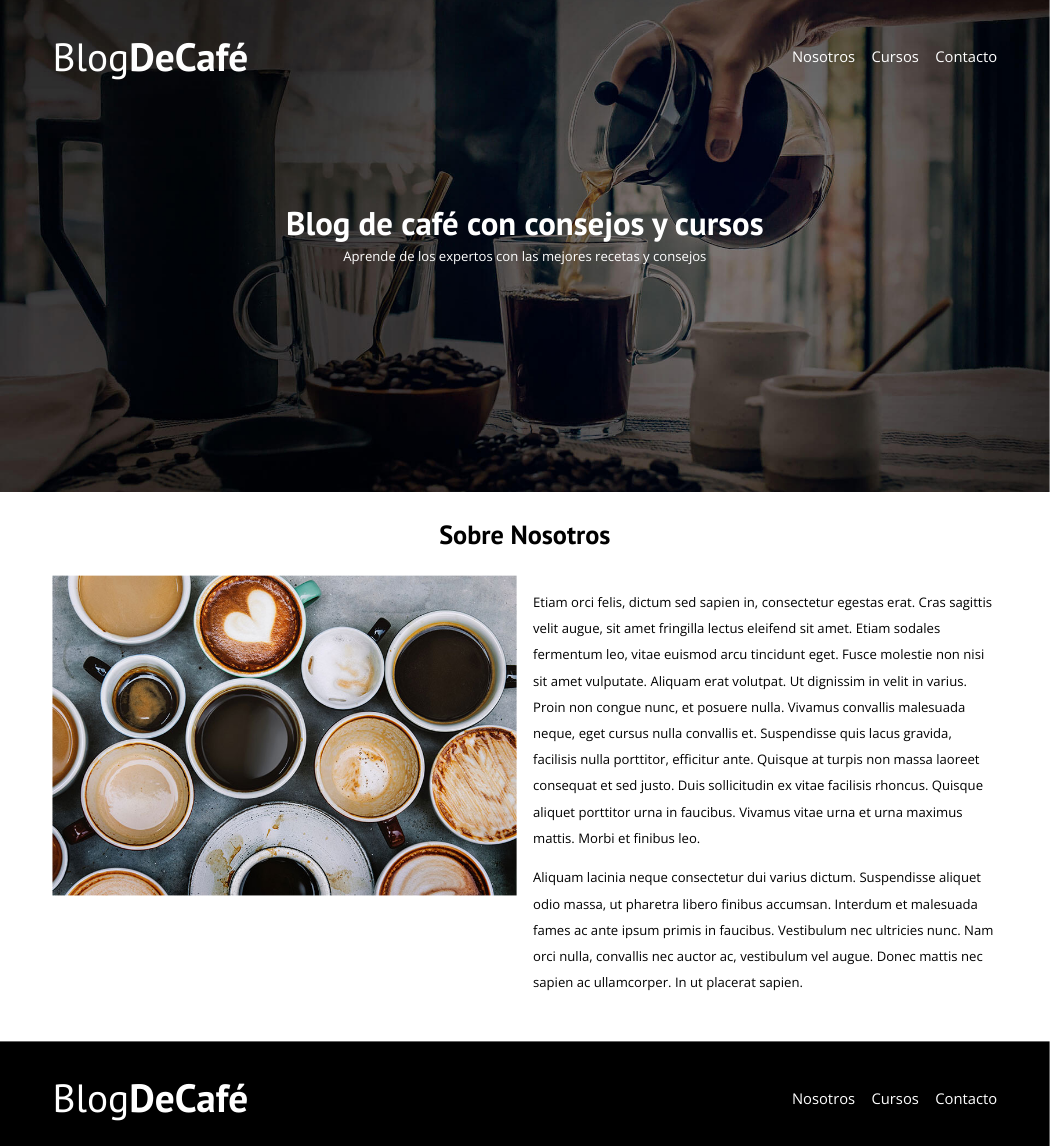
Repository: araque1990/blog_de_cafe
Page: cursos.html
The author's editor kept a copy of each file at every save. The page is drawn from the files as they stood at one save, then again after the next save.
The browser window is 1280 px wide. The pictures show the whole page, at 82% of full size.

Above is the page before, as saved 2023-01-12 18:17:53.

### cursos.html
<!DOCTYPE html>
<html lang="es">
<head>
  <meta charset="UTF-8">
  <meta http-equiv="X-UA-Compatible" content="IE=edge">
  <meta name="viewport" content="width=device-width, initial-scale=1.0">
  <title>Blog de Café</title>
  <link rel="stylesheet" href="css/normalize.css">
  <link rel="preconnect" href="https://fonts.googleapis.com"><link rel="preconnect" href="https://fonts.gstatic.com" crossorigin><link href="https://fonts.googleapis.com/css2?family=Open+Sans&family=PT+Sans:wght@400;700&display=swap" rel="stylesheet">
  <link rel="stylesheet" href="css/styles.css">
</head>
<body>

  <header class="header">
    <div class="contenedor">
      <div class="barra">
        <a class="logo" href="index.html">
          <h1 class="logo__nombre no-margin centrar-texto">Blog<span class="logo__bold">DeCafé</span></h1>
        </a>

        <nav class="navegacion">
          <a href="nosotros.html" class="navegacion__enlace">Nosotros</a>
          <a href="cursos.html" class="navegacion__enlace">Cursos</a>
          <a href="contacto.html" class="navegacion__enlace">Contacto</a>
        </nav>
      </div>
    </div>
    <div class="header__texto">
      <h2 class="no-margin">Blog de café con consejos y cursos</h2>
      <p class="no-margin">Aprende de los expertos con las mejores recetas y consejos</p>
    </div>
  </header>

  <main class="contenedor">
    <h3 class="centrar-texto">Sobre Nosotros</h3>

    <div class="sobre-nosotros">
      <div class="sobre-nosotros__imagen">
        <img src="img/nosotros.jpg" alt="imagen nosotros">
      </div>

      <div class="sobre-nosotros__texto">
        <p> Etiam orci felis, dictum sed sapien in, consectetur egestas erat. Cras sagittis velit augue, sit amet fringilla lectus eleifend sit amet. Etiam sodales fermentum leo, vitae euismod arcu tincidunt eget. Fusce molestie non nisi sit amet vulputate. Aliquam erat volutpat. Ut dignissim in velit in varius. Proin non congue nunc, et posuere nulla. Vivamus convallis malesuada neque, eget cursus nulla convallis et. Suspendisse quis lacus gravida, facilisis nulla porttitor, efficitur ante. Quisque at turpis non massa laoreet consequat et sed justo. Duis sollicitudin ex vitae facilisis rhoncus. Quisque aliquet porttitor urna in faucibus. Vivamus vitae urna et urna maximus mattis. Morbi et finibus leo.</p>

        <p>Aliquam lacinia neque consectetur dui varius dictum. Suspendisse aliquet odio massa, ut pharetra libero finibus accumsan. Interdum et malesuada fames ac ante ipsum primis in faucibus. Vestibulum nec ultricies nunc. Nam orci nulla, convallis nec auctor ac, vestibulum vel augue. Donec mattis nec sapien ac ullamcorper. In ut placerat sapien.</p>
      </div>
    </div>
  </main>

  <footer class="footer">
    <div class="contenedor">
      <div class="barra">
        <a class="logo" href="index.html">
          <h1 class="logo__nombre no-margin centrar-texto">Blog<span class="logo__bold">DeCafé</span></h1>
        </a>

        <nav class="navegacion">
          <a href="nosotros.html" class="navegacion__enlace">Nosotros</a>
          <a href="cursos.html" class="navegacion__enlace">Cursos</a>
          <a href="contacto.html" class="navegacion__enlace">Contacto</a>
        </nav>
      </div>
    </div>
  </footer>
</body>
</html>

### css/styles.css
:root {
  --fuenteHeading: 'PT Sans', sans-serif;
  --fuenteParrafos: 'Open Sans', sans-serif;

  --secundario: #784D3C;
  --gris: #E1E1E1;
  --blanco: #FFF;
  --negro: #000;
}
html {
  box-sizing: border-box;
  font-size: 62.5%;
}
*, *:before, *:after {
  box-sizing: inherit;
}
body {
  font-family: var(--fuenteParrafos);
  font-size: 1.6rem;
  line-height: 2;
}

/* Globales */
.contenedor {
  max-width: 120rem;
  width: 90%;
  /* width: min(90%, 120rem); //ESTO ES LO MISMO QUE LOS DOS ATRIBUTOS DE ARRIBA */
  margin: 0 auto;
}
a {
  text-decoration: none;
}
h1, h2, h3, h4 {
  font-family: var(--fuenteHeading);
  line-height: 1.2;
}
h1 {
  font-size: 4.8rem;
}
h2 {
  font-size: 4rem;
}
h3 {
  font-size: 3.2rem;
}
h4 {
  font-size: 2.8rem;
}
img {
  max-width: 100%;
}

/* Utilidades */
.no-margin {
  margin: 0;
}
.no-padding {
  padding: 0;
}
.centrar-texto {
  text-align: center;
}

/* Header */
.header {
  background-image: url(../img/banner.jpg);
  height: 60rem;
  background-size: cover;
  background-repeat: no-repeat;
  background-position: center center;
}
.header__texto {
  text-align: center;
  color: var(--blanco);
  margin-top: 5rem;
}

@media (min-width: 768px) {
  .header__texto {
    margin-top: 15rem;
  }
}

@media (min-width: 768px) {
  .barra {
    display: flex;
    justify-content: space-between;
    align-items: center;
  }
}
.barra {
  padding-top: 4rem;
}
.logo {
  color: var(--blanco);
}
.logo__nombre {
  font-weight: 400;
}
.logo__bold {
  font-weight: 700;
}

@media (min-width: 768px) {
  .navegacion {
    display: flex;
    gap: 2rem;
  }
}
.navegacion__enlace {
  display: block;
  text-align: center;
  font-size: 1.8rem;
  color: var(--blanco);
}

@media (min-width: 768px) {
  .contenido-principal {
    display: grid;
    grid-template-columns: 2fr 1fr;
    column-gap: 4rem;
  }
}

.entrada {
  border-bottom: 1px solid var(--gris);
  margin-bottom: 2rem;
}
.entrada:last-of-type {
  border: none;
  margin-bottom: 0;
}
.boton {
  display: block;
  font-family: var(--fuenteHeading);
  color: var(--blanco);
  text-align: center;
  padding: 1rem 3rem;
  font-size: 1.8rem;
  text-transform: uppercase;
  font-weight: 700;
  margin-bottom: 2rem;
}
@media (min-width: 768px) {
  .boton {
    display: inline-block;
  }
}
.boton--primario {
  background-color: var(--negro);
}
.boton--secundario {
  background-color: var(--secundario);
}

.cursos {
  list-style: none;
}

.widget-curso {
  border-bottom: 1px solid var(--gris);
  margin-bottom: 2rem;
}
.widget-curso:last-of-type {
  border: none;
  margin-bottom: 0;
}
.widget-curso__label {
  font-family: var(--fuenteHeading);
  font-weight: 700;
}
.widget-curso__info {
  font-weight: 400;
}
.widget-curso__info, .widget-curso__label {
  font-size: 2rem;
}

.footer {
  background-color: var(--negro);
  padding-bottom: 3rem;
  margin-top: 4rem;
}

/* Sobre Nosotros */
@media (min-width: 768px) {
  .sobre-nosotros {
    display: grid;
    grid-template-columns: repeat(2, 1fr);
    column-gap: 2rem;
  }
}

Loaded but not shown: css/normalize.css (library)

After the next save:
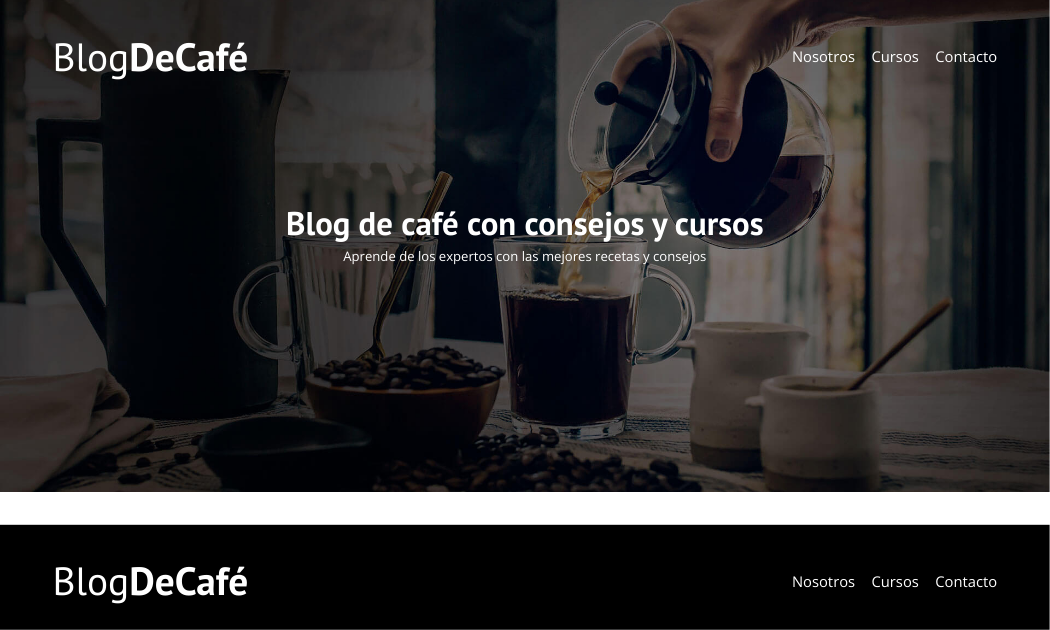
Saved 46 s later.
--- a/cursos.html
+++ b/cursos.html
@@ -31,21 +31,7 @@
     </div>
   </header>
 
-  <main class="contenedor">
-    <h3 class="centrar-texto">Sobre Nosotros</h3>
 
-    <div class="sobre-nosotros">
-      <div class="sobre-nosotros__imagen">
-        <img src="img/nosotros.jpg" alt="imagen nosotros">
-      </div>
-
-      <div class="sobre-nosotros__texto">
-        <p> Etiam orci felis, dictum sed sapien in, consectetur egestas erat. Cras sagittis velit augue, sit amet fringilla lectus eleifend sit amet. Etiam sodales fermentum leo, vitae euismod arcu tincidunt eget. Fusce molestie non nisi sit amet vulputate. Aliquam erat volutpat. Ut dignissim in velit in varius. Proin non congue nunc, et posuere nulla. Vivamus convallis malesuada neque, eget cursus nulla convallis et. Suspendisse quis lacus gravida, facilisis nulla porttitor, efficitur ante. Quisque at turpis non massa laoreet consequat et sed justo. Duis sollicitudin ex vitae facilisis rhoncus. Quisque aliquet porttitor urna in faucibus. Vivamus vitae urna et urna maximus mattis. Morbi et finibus leo.</p>
-
-        <p>Aliquam lacinia neque consectetur dui varius dictum. Suspendisse aliquet odio massa, ut pharetra libero finibus accumsan. Interdum et malesuada fames ac ante ipsum primis in faucibus. Vestibulum nec ultricies nunc. Nam orci nulla, convallis nec auctor ac, vestibulum vel augue. Donec mattis nec sapien ac ullamcorper. In ut placerat sapien.</p>
-      </div>
-    </div>
-  </main>
 
   <footer class="footer">
     <div class="contenedor">
